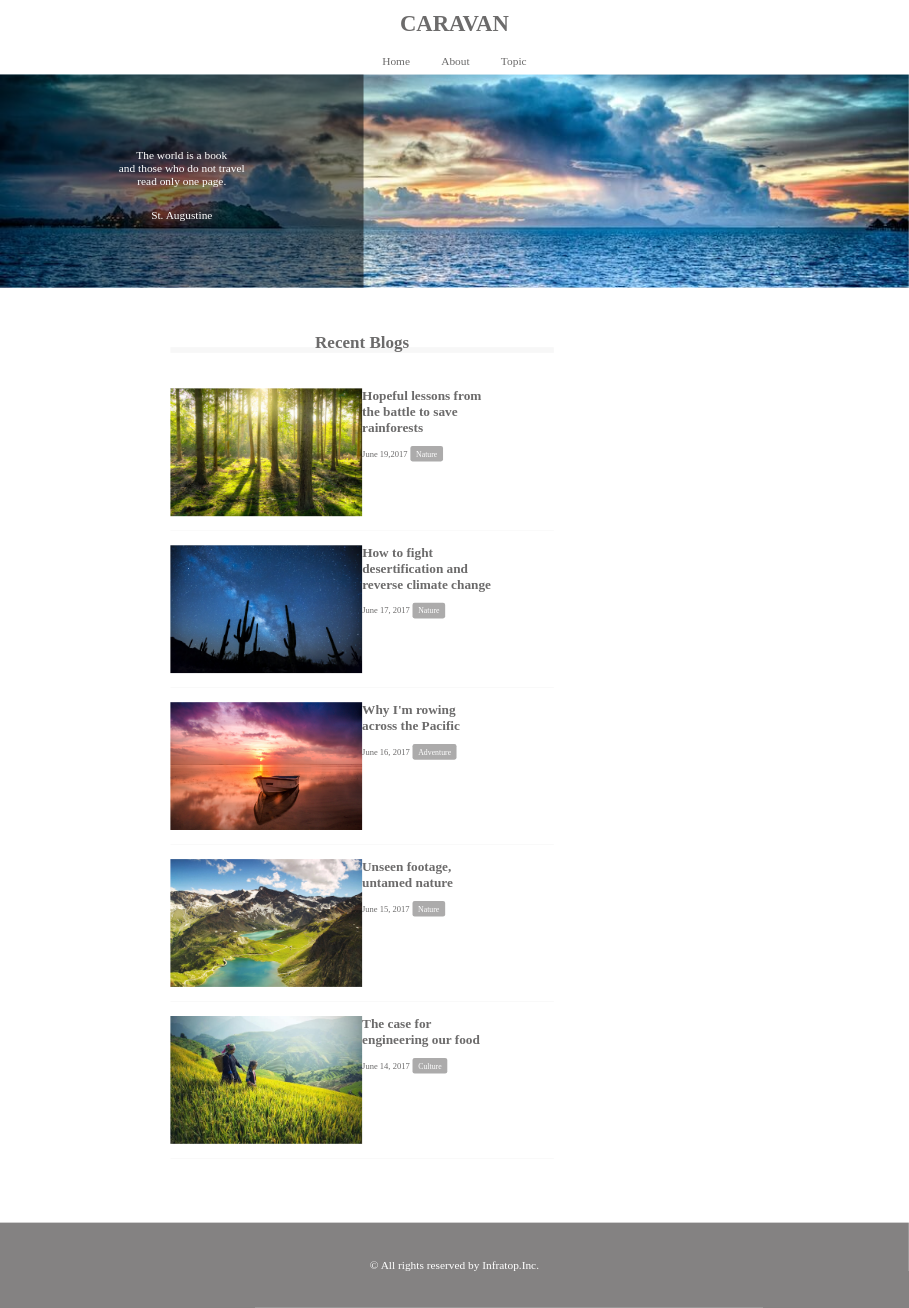
Repository: Souax/prac_20231021
Page: caravan/index.html
The author's editor kept a record of every edit. The page is drawn from the files as they stood at one moment, then again after the next edit.
The browser window is 1280 px wide. The pictures show the whole page, at 71% of full size.

Above is the page before.

After the next edit:
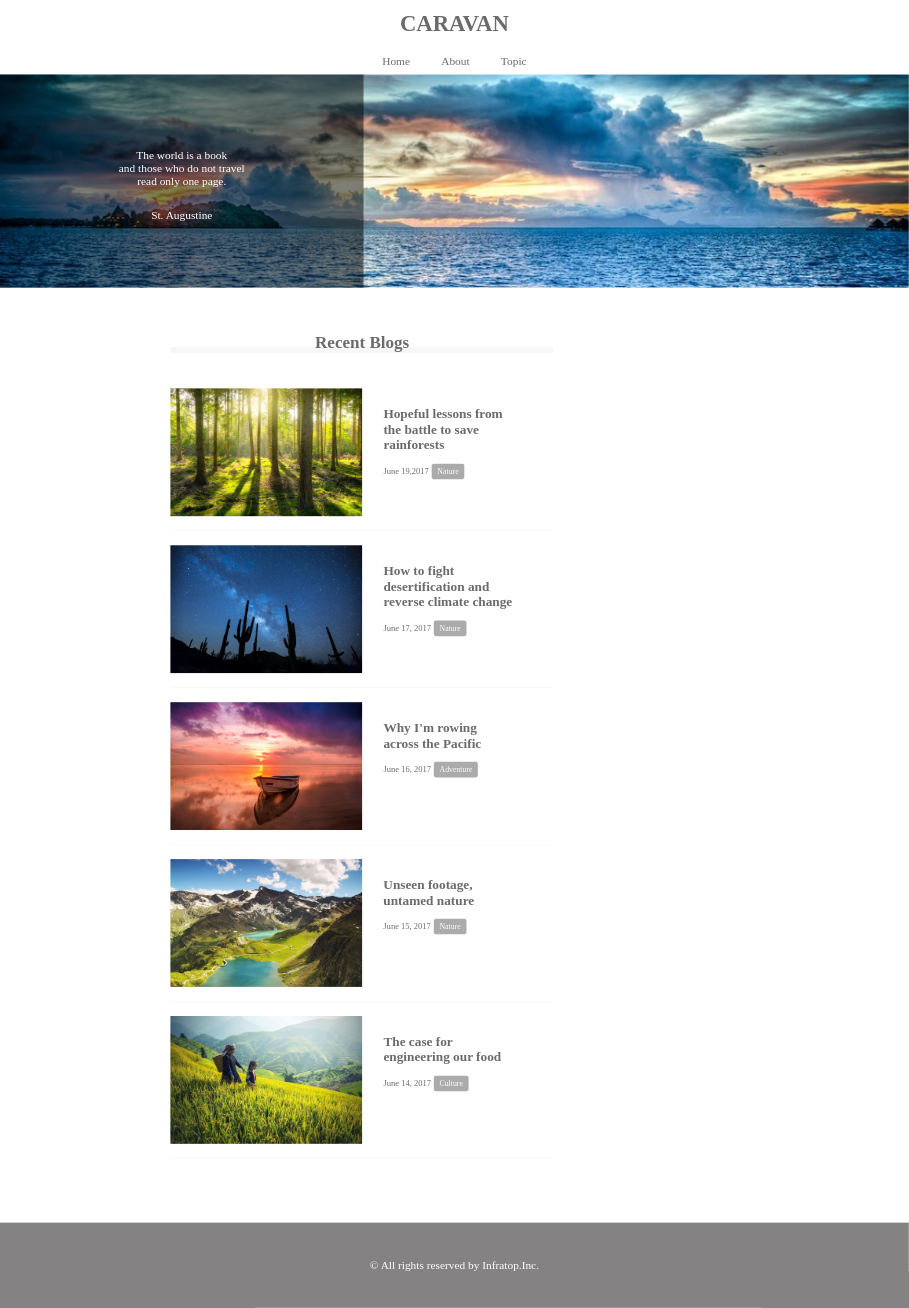
The edit:
--- a/caravan/style.css
+++ b/caravan/style.css
@@ -92,7 +92,7 @@
   height:180px;
 }
 
-.bolg-text{
+.blog-text{
   padding:25px 0 0 30px;
 }
 
